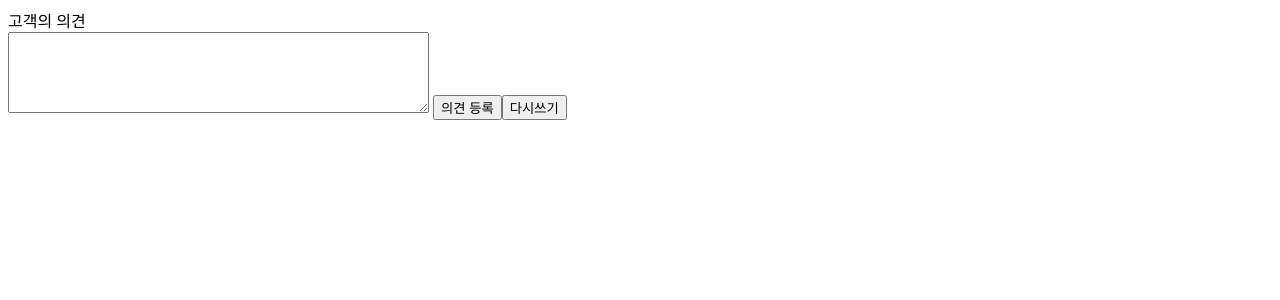
Repository: daehyeonhong/HTML
Page: ch03/WebContent/textarea1.html
An editor plug-in stored every save of this project. The page is shown before and after the next save, followed by the edit.
The browser window is 1280 px wide. The pictures show the whole page.

Above is the page before, as saved 2020-05-18 05:30:10.

After the next save:
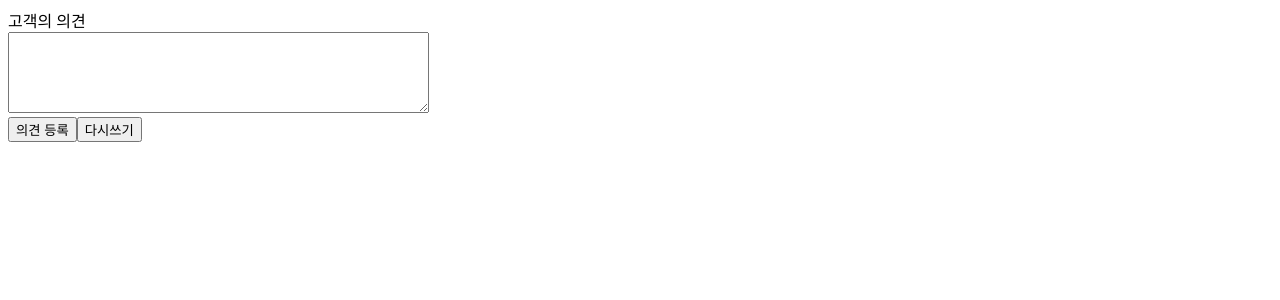
Saved 38 s later.
--- a/ch03/WebContent/textarea1.html
+++ b/ch03/WebContent/textarea1.html
@@ -6,7 +6,7 @@
 </head>
 <body>
 <form>고객의 의견<br>
-<textarea rows="5" cols="50" name = "feedback" maxlength="50"></textarea>
+<textarea rows="5" cols="50" name = "feedback" maxlength="50"></textarea><br>
 <input type="submit" value="의견 등록"><input type="reset" value = "다시쓰기">
 </form>
 </body>
